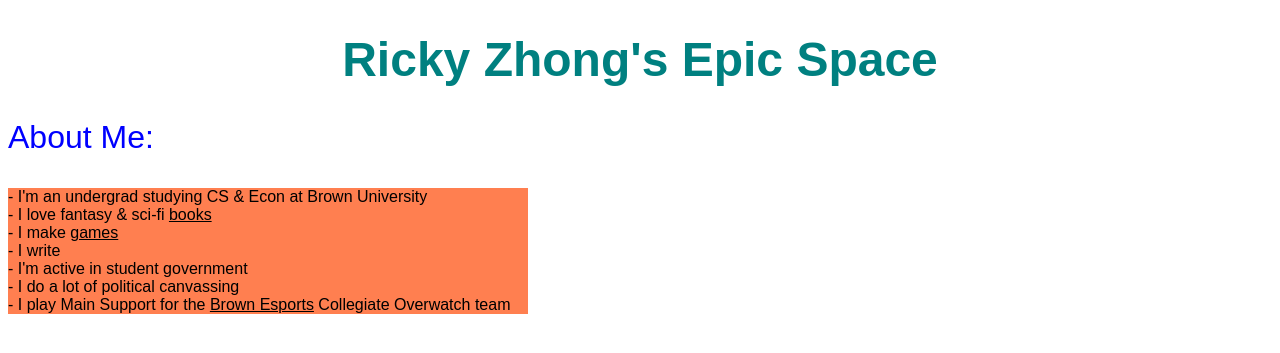
Repository: rickydaricky/rickydaricky.github.io
Page: index.html
An editor plug-in stored every save of this project. The page is shown before and after the next save, followed by the edit.
The browser window is 1280 px wide. The pictures show the whole page.

Above is the page before, as saved 2023-03-31 10:59:34.

After the next save:
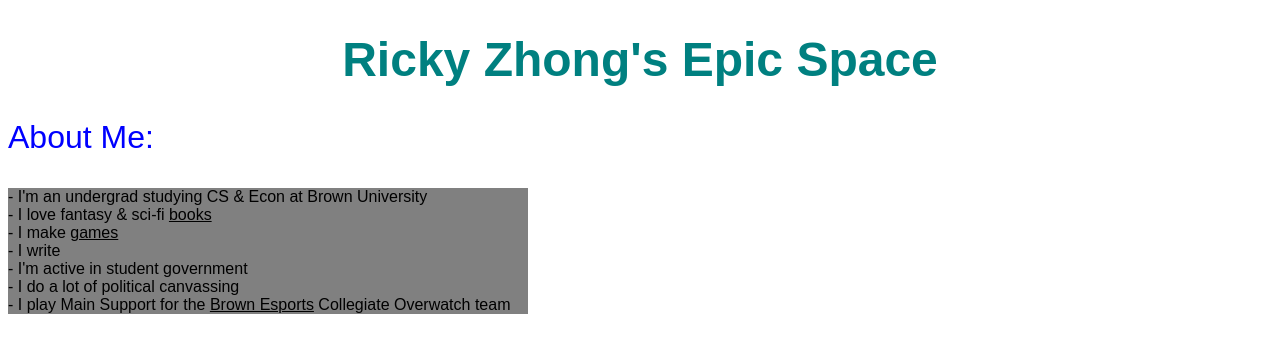
Saved 15 s later.
--- a/main.css
+++ b/main.css
@@ -23,5 +23,5 @@
 .square {
   text-align: center;
   width: 520px;
-  background-color: coral;
+  background-color: grey;
 }

After the save that followed:
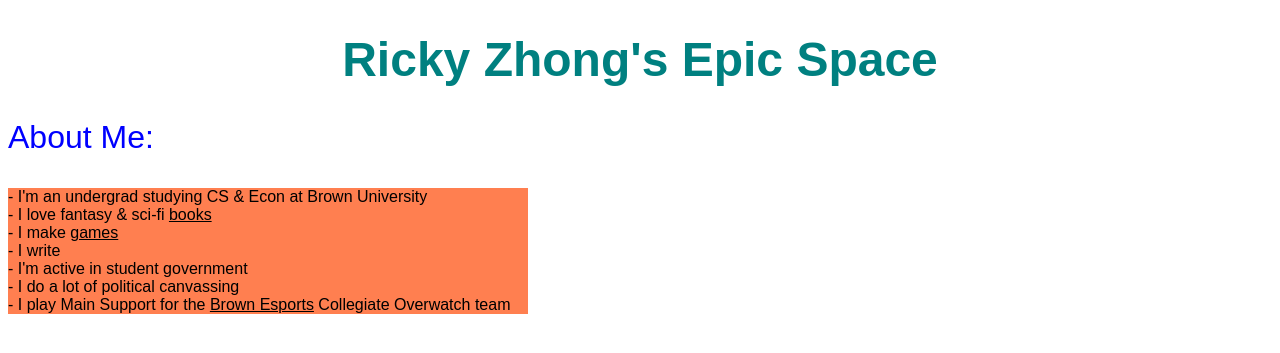
Saved 4 s later.
--- a/main.css
+++ b/main.css
@@ -23,5 +23,5 @@
 .square {
   text-align: center;
   width: 520px;
-  background-color: grey;
+  background-color: coral;
 }
